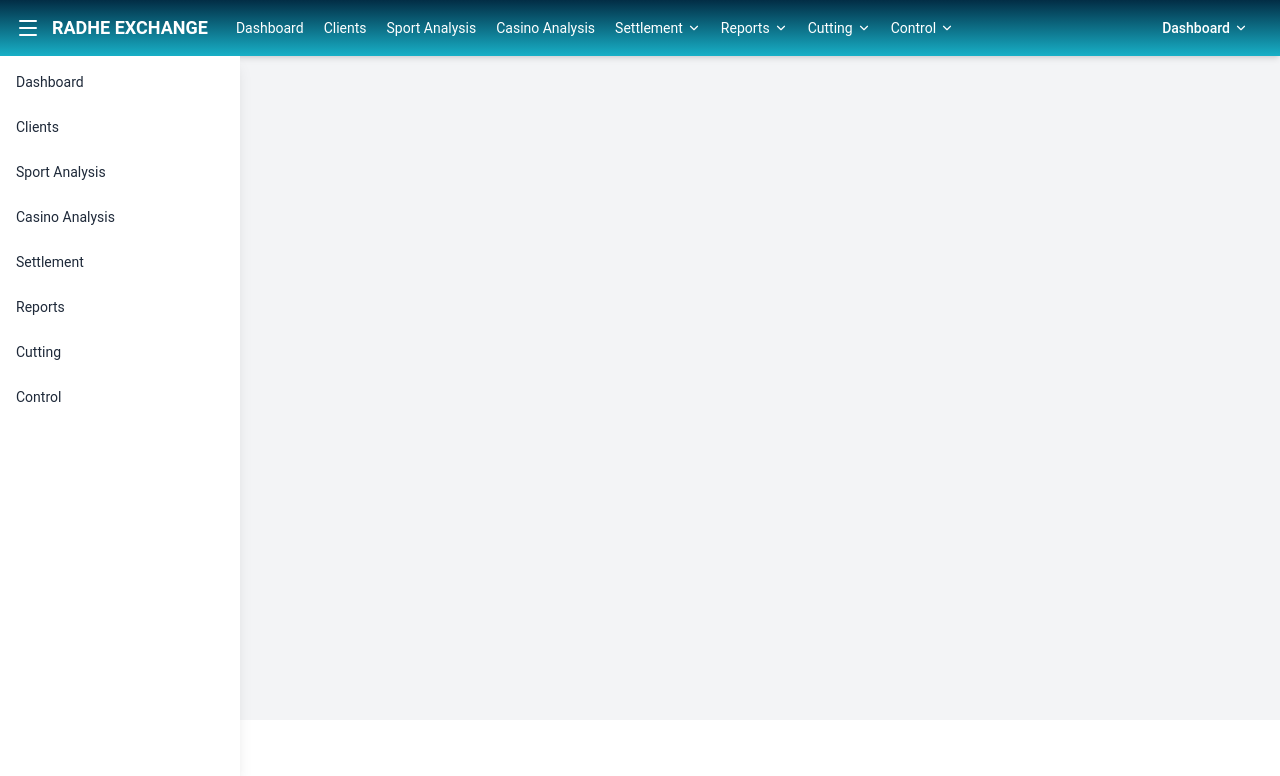
Repository: Habeebur1493/Radhe-Exchange
Page: /dashboard (app in frontend/), after clicking the first element matching `button.text-white`
The author's editor kept a copy of each file at every save. The page is drawn from the files as they stood at one save, then again after the next save.
The browser window is 1280 px wide. The pictures show the whole page.
Some web libraries are served in a nearby version. The project was rebuilt for these pictures with package versions that can differ from the ones it lists, and the page was loaded fresh each time. Also part of the build but not shown: frontend/vite.config.js, frontend/src/components/login.jsx, frontend/src/components/Register.jsx.

Above is the page before, as saved 2025-03-03 18:09:06.

After the next save:
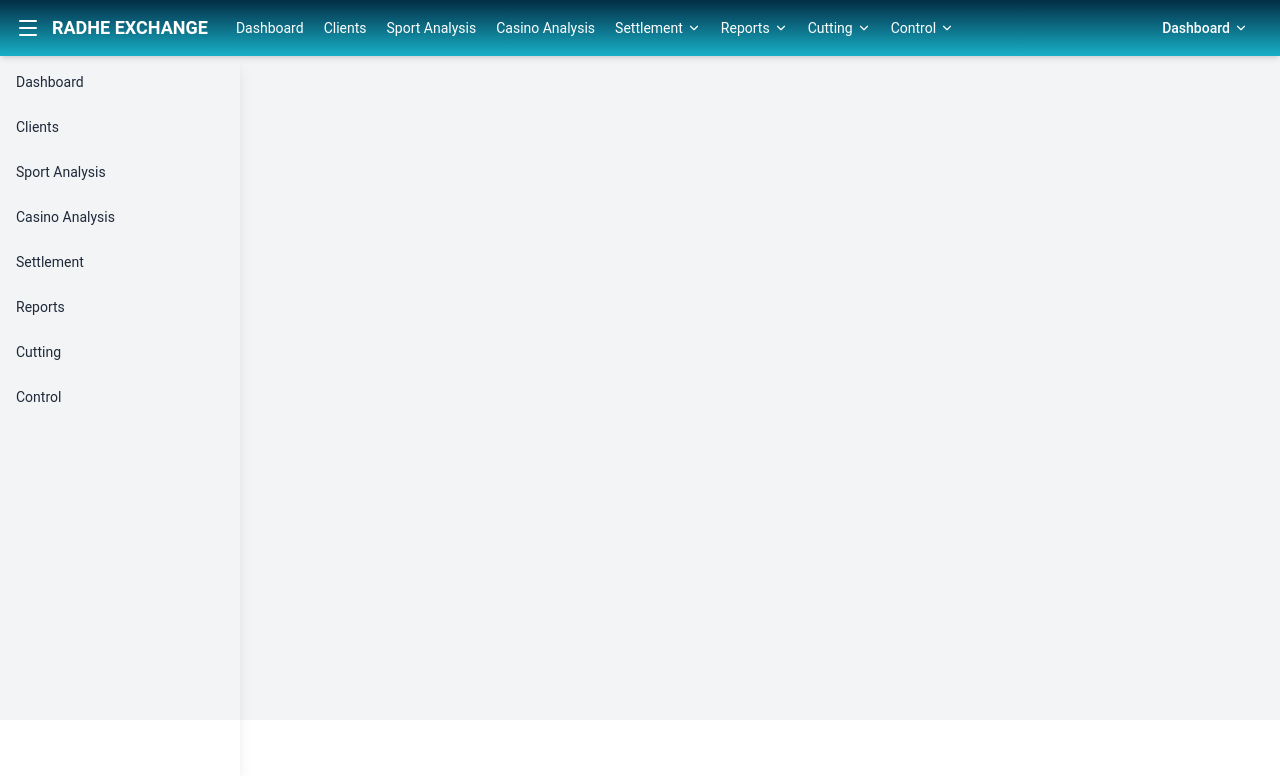
Saved 43 s later.
--- a/frontend/src/components/dashboard.jsx
+++ b/frontend/src/components/dashboard.jsx
@@ -176,7 +176,7 @@ const Dashboard = () => {
 
       {/* Sidebar */}
       {sidebarOpen && (
-        <div className="bg-white shadow-lg w-60 h-full absolute top-[56px] left-0 p-2">
+        <div className="bg-[--tertiary-background] shadow-lg w-60 h-full absolute top-[56px] left-0 p-2">
           <ul className="space-y-2 text-gray-800">
             {[
               "Dashboard",
